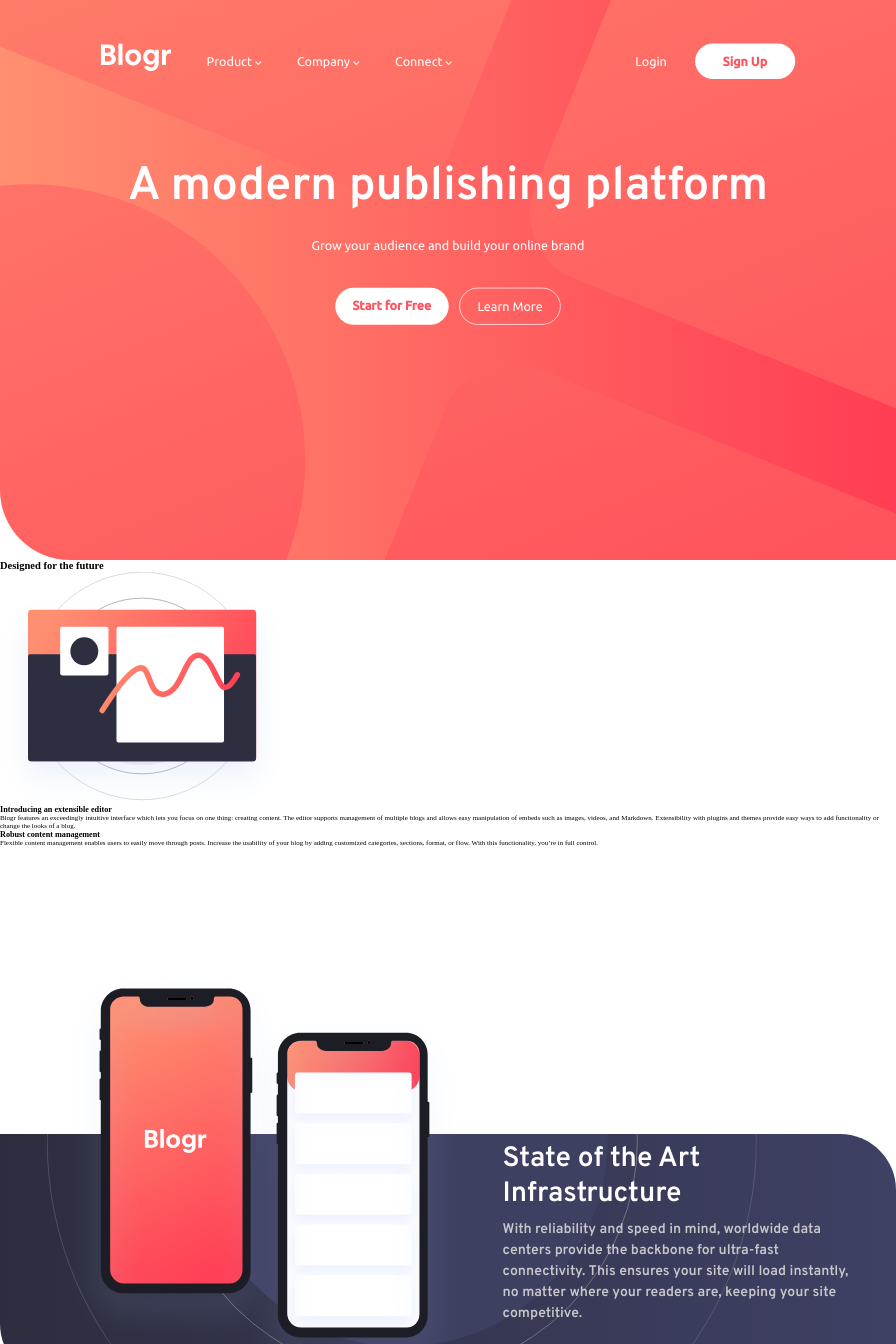
Repository: tomas938/tomaspage3
Page: index.html
These files come from the project's save history. The page is drawn as it stood at one moment and after a run of saves; the edit follows.
The browser window is 1280 px wide. The pictures show the part of the page from y = 0 to 1920 px (the page is 3367 px tall), at 70% of full size.
After loading, the first visible `li` was clicked once.
The style sheet was rebuilt from its Sass, Less or Tailwind sources for each picture, by a compiler version that may differ from the author's.

Above is the page before, as saved 2021-08-02 21:34:14.

### index.html
<!DOCTYPE html>
<html lang="en">
	<head>
		<meta charset="UTF-8" />
		<meta name="viewport" content="width=device-width, initial-scale=1.0" />
		<!-- displays site properly based on user's device -->

		<link
			rel="icon"
			type="image/png"
			sizes="32x32"
			href="./images/favicon-32x32.png"
		/>

		<title>Frontend Mentor | [Blogr]</title>

		<link rel="stylesheet" href="./scss/main.css" />
	</head>
	<body>
		<section class="intro">
			<header>
				<nav class="intro__navigation">
					<div class="intro__navigation__logo">
						<svg width="101" height="40" xmlns="http://www.w3.org/2000/svg">
							<path
								d="M0 30.803V1.486h10.653c1.982 0 3.695.31 5.14.93 1.446.619 2.56 1.5 3.345 2.642.785 1.142 1.177 2.484 1.177 4.026 0 1.404-.303 2.636-.909 3.695a6.48 6.48 0 01-2.56 2.498c1.487.578 2.643 1.494 3.469 2.746.826 1.253 1.239 2.732 1.239 4.439 0 1.707-.44 3.18-1.322 4.418-.88 1.239-2.12 2.202-3.716 2.89-1.596.688-3.482 1.033-5.657 1.033H0zM5.946 6.565v6.73h4.046c1.35 0 2.388-.282 3.118-.846.73-.564 1.094-1.397 1.094-2.498 0-1.101-.365-1.94-1.094-2.519-.73-.578-1.769-.867-3.118-.867H5.946zm0 19.159h4.624c1.542 0 2.732-.33 3.572-.991.84-.66 1.26-1.61 1.26-2.85 0-1.238-.42-2.188-1.26-2.848-.84-.66-2.03-.991-3.572-.991H5.946v7.68zm19.282 5.079V0h5.781v30.803h-5.78zm20.893.619c-1.624 0-3.124-.29-4.5-.867a10.94 10.94 0 01-3.593-2.416 10.96 10.96 0 01-2.374-3.654c-.564-1.404-.846-2.931-.846-4.583 0-1.652.289-3.173.867-4.563a11.354 11.354 0 012.415-3.654 10.96 10.96 0 013.634-2.436c1.39-.578 2.91-.867 4.562-.867 1.625 0 3.125.289 4.501.867a10.94 10.94 0 013.592 2.416 11.01 11.01 0 012.375 3.633c.564 1.39.846 2.911.846 4.563 0 1.651-.289 3.179-.867 4.583a11.297 11.297 0 01-2.416 3.675 10.96 10.96 0 01-3.633 2.436c-1.39.578-2.911.867-4.563.867zm.083-5.203c1.046 0 1.982-.275 2.808-.825.825-.551 1.48-1.301 1.96-2.25.483-.95.723-2.03.723-3.242 0-1.211-.24-2.292-.722-3.241-.482-.95-1.136-1.7-1.961-2.25-.826-.551-1.762-.826-2.808-.826-1.046 0-1.982.275-2.808.825-.826.55-1.48 1.301-1.961 2.25-.482.95-.723 2.03-.723 3.242 0 1.211.241 2.292.723 3.241.482.95 1.135 1.7 1.961 2.25.826.551 1.762.826 2.808.826zm24.155 3.964a9.13 9.13 0 01-3.86-.826 9.492 9.492 0 01-3.118-2.291c-.881-.977-1.57-2.12-2.065-3.427-.495-1.308-.743-2.719-.743-4.233 0-1.569.255-3.02.764-4.356a10.614 10.614 0 012.147-3.489 10.174 10.174 0 013.22-2.333c1.225-.564 2.554-.846 3.985-.846 1.404 0 2.67.282 3.799.846a7.402 7.402 0 012.807 2.457l.124-2.684h5.327v19.2c0 1.68-.269 3.207-.805 4.584-.537 1.376-1.301 2.56-2.292 3.55a10.231 10.231 0 01-3.53 2.292c-1.363.537-2.87.805-4.522.805-1.624 0-3.083-.254-4.376-.764a10.468 10.468 0 01-3.386-2.126 10.035 10.035 0 01-2.271-3.18L67.097 32a5.452 5.452 0 001.92 1.879c.784.454 1.672.681 2.663.681 1.074 0 2.003-.24 2.787-.723.785-.481 1.397-1.156 1.838-2.023.44-.867.66-1.879.66-3.035v-1.775a7.793 7.793 0 01-2.828 2.333c-1.143.564-2.402.846-3.778.846zm1.404-5.12c1.018 0 1.92-.254 2.704-.764a5.556 5.556 0 001.879-2.064c.468-.867.702-1.851.702-2.952 0-1.102-.234-2.086-.702-2.953a5.556 5.556 0 00-1.879-2.064c-.784-.51-1.686-.764-2.704-.764-1.019 0-1.92.255-2.705.764a5.556 5.556 0 00-1.879 2.064c-.468.867-.702 1.851-.702 2.953 0 1.1.234 2.085.702 2.952a5.556 5.556 0 001.88 2.064c.784.51 1.685.764 2.704.764zm15.607 5.74V9h5.327l.206 3.304c.55-1.157 1.294-2.044 2.23-2.664.936-.62 2.037-.929 3.303-.929.386 0 .77.035 1.156.103.386.07.73.159 1.033.269l-.62 5.698a4.361 4.361 0 00-.929-.227 7.495 7.495 0 00-.97-.062c-1.597 0-2.822.489-3.675 1.466-.853.977-1.28 2.36-1.28 4.15v10.694h-5.78z"
								fill="#FFF"
								fill-rule="nonzero"
							/>
						</svg>
						<ul>
							<li>
								<a href="#">Product</a>
								<svg
									id="mobileArrow"
									xmlns="http://www.w3.org/2000/svg"
									width="10"
									height="7"
								>
									<path
										fill="none"
										stroke="#FFF"
										stroke-width="2"
										opacity=".75"
										d="M1 1l4 4 4-4"
									/>
								</svg>
								<div class="dropdown__desktop" id="product">
									<a href="#">Overview</a>
									<a href="#">Marketplace</a>
									<a href="#">Features</a>
									<a href="#">Integrations</a>
									<a href="#">pricing</a>
								</div>
							</li>
							<li>
								<a href="#">Company</a>
								<svg
									id="mobileArrow"
									xmlns="http://www.w3.org/2000/svg"
									width="10"
									height="7"
								>
									<path
										fill="none"
										stroke="#FFF"
										stroke-width="2"
										opacity=".75"
										d="M1 1l4 4 4-4"
									/>
								</svg>
								<div class="dropdown__desktop" id="company">
									<a href="#">About</a>
									<a href="#">Team</a>
									<a href="#">Blog</a>
									<a href="#">Careers</a>
								</div>
							</li>
							<li>
								<a href="#">Connect</a>
								<svg
									id="mobileArrow"
									xmlns="http://www.w3.org/2000/svg"
									width="10"
									height="7"
								>
									<path
										fill="none"
										stroke="#FFF"
										stroke-width="2"
										opacity=".75"
										d="M1 1l4 4 4-4"
									/>
								</svg>
								<div class="dropdown__desktop" id="connect">
									<a href="#">Contact</a>
									<a href="#">Newsletter</a>
									<a href="#">LinkedIn</a>
								</div>
							</li>
						</ul>
					</div>
					<div class="intro__navigation__login">
						<div class="button button--1">Login</div>
						<div class="button button--2">Sign Up</div>
					</div>
					<div class="intro__navigation__mobile" id="mobileBtn">
						<span class="line1"></span>
						<span class="line2"></span>
						<span class="line3"></span>
					</div>

					<ul class="mobile__links">
						<li class="product arrowProduct">
							<a href="#">Product</a>
							<svg
								class="arrowProduct"
								id="mobileArrow"
								xmlns="http://www.w3.org/2000/svg"
								width="10"
								height="7"
							>
								<path
									fill="none"
									stroke="hsl(356, 100%, 66%)"
									stroke-width="2"
									opacity=".75"
									d="M1 1l4 4 4-4"
								/>
							</svg>
							<div class="dropdown">
								<a href="#">Overview</a>
								<a href="#">Marketplace</a>
								<a href="#">Features</a>
								<a href="#">Integrations</a>
								<a href="#">pricing</a>
							</div>
						</li>
						<li class="company arrowCompany">
							<a href="#">Company</a>
							<svg
								class="arrowCompany"
								id="mobileArrow"
								xmlns="http://www.w3.org/2000/svg"
								width="10"
								height="7"
							>
								<path
									fill="none"
									stroke="hsl(356, 100%, 66%)"
									stroke-width="2"
									opacity=".75"
									d="M1 1l4 4 4-4"
								/>
							</svg>
							<div class="dropdown">
								<a href="#">About</a>
								<a href="#">Team</a>
								<a href="#">Blog</a>
								<a href="#">Careers</a>
							</div>
						</li>
						<li class="connect arrowConnect">
							<a href="#">Connect</a>
							<svg
								class="arrowConnect"
								id="mobileArrow"
								xmlns="http://www.w3.org/2000/svg"
								width="10"
								height="7"
							>
								<path
									fill="none"
									stroke="hsl(356, 100%, 66%)"
									stroke-width="2"
									opacity=".75"
									d="M1 1l4 4 4-4"
								/>
							</svg>
							<div class="dropdown">
								<a href="#">Contact</a>
								<a href="#">Newsletter</a>
								<a href="#">LinkedIn</a>
							</div>
						</li>
						<div class="buttons">
							<div class="button button--1">Login</div>
							<div class="button button--2">Sign Up</div>
						</div>
					</ul>
				</nav>
			</header>
			<div class="intro__description">
				<h1>A modern publishing platform</h1>
				<p>Grow your audience and build your online brand</p>
				<div class="intro__description__buttons">
					<div class="button button--3">Start for Free</div>
					<div class="button button--4">Learn More</div>
				</div>
			</div>
		</section>
		<section class="about">
			<h2>Designed for the future</h2>
			<div class="about__container">
				<img src="/images/illustration-editor-mobile.svg" alt="" />
				<div class="about__container__items">
					<div class="content">
						<h3>Introducing an extensible editor</h3>
						<p>
							Blogr features an exceedingly intuitive interface which lets you
							focus on one thing: creating content. The editor supports
							management of multiple blogs and allows easy manipulation of
							embeds such as images, videos, and Markdown. Extensibility with
							plugins and themes provide easy ways to add functionality or
							change the looks of a blog.
						</p>
					</div>
					<div class="content">
						<h3>Robust content management</h3>
						<p>
							Flexible content management enables users to easily move through
							posts. Increase the usability of your blog by adding customized
							categories, sections, format, or flow. With this functionality,
							you’re in full control.
						</p>
					</div>
				</div>
			</div>
		</section>
		<section class="mobiles">
			<img src="/images/illustration-phones.svg" alt="" />
			<div class="mobiles__content">
				<h2>State of the Art Infrastructure</h2>
				<p>
					With reliability and speed in mind, worldwide data centers provide the
					backbone for ultra-fast connectivity. This ensures your site will load
					instantly, no matter where your readers are, keeping your site
					competitive.
				</p>
			</div>
		</section>
		<section class="desktop">
			<div class="desktop__container">
				<img src="/images/illustration-laptop-mobile.svg" alt="" />
				<div class="desktop__container__items">
					<div class="content">
						<h3>Free, open, simple</h3>
						<p>
							Blogr is a free and open source application backed by a large
							community of helpful developers. It supports features such as code
							syntax highlighting, RSS feeds, social media integration,
							third-party commenting tools, and works seamlessly with Google
							Analytics. The architecture is clean and is relatively easy to
							learn.
						</p>
					</div>
					<div class="content">
						<h3>Powerful tooling</h3>
						<p>
							Batteries included. We built a simple and straightforward CLI tool
							that makes customization and deployment a breeze, but capable of
							producing even the most complicated sites.
						</p>
					</div>
				</div>
			</div>
		</section>
		<footer>
			<div class="logo">
				<img src="/images/logo.svg" alt="" />
			</div>
			<div class="product">
				<h5>Product</h5>
				<a href="#">Overview</a>
				<a href="#">Pricing</a>
				<a href="#">Marketplace</a>
				<a href="#">Features</a>
				<a href="#">Integrations</a>
			</div>
			<div class="company">
				<h5>Company</h5>
				<a href="#">About</a>
				<a href="#">Team</a>
				<a href="#">Blog</a>
				<a href="#">Careers</a>
			</div>
			<div class="connect">
				<h5>Connect</h5>
				<a href="#">Connect</a>
				<a href="#">Newsletter</a>
				<a href="#">LinkedIn</a>
			</div>
		</footer>

		<script src="main.js"></script>
	</body>
</html>

### main.js
const mobileBtn = document.querySelector("#mobileBtn");
const mobileLinks = document.querySelector(".mobile__links");

const links = document.querySelectorAll("li");
const arrows = document.querySelectorAll("#mobileArrow");
const dropdown = document.querySelectorAll(".dropdown");
mobileBtn.addEventListener("click", () => {
	mobileLinks.classList.toggle("active");
});
// links.forEach((link) => {
// 	link.addEventListener("click", () => {
// 		links.forEach((link) => {
// 			link.classList.remove("activate");
// 		});
// 		link.classList.add("activate");
// 		// if (link.classList.contains("activate")) {
// 		// 	link.classList.remove("activate");
// 		// } else {
// 		// }
// 	});
// });
for (let i = 0; i < links.length; i++) {
	console.log(links[i]);
	links[i].addEventListener("click", () => {
		// this.links.classList.toggle("activate");
	});
}

### scss/main.scss
@import "../scss_partials/variables";
@import "../scss_partials/resets";
@import "../scss_partials/intro";
@import "../scss_partials/about";
@import "../scss_partials/mobiles";
@import "../scss_partials/desktop";
@import "../scss_partials/footer";

### scss_partials/_variables.scss
//Colors

/* PRIMARY */

$light-red: hsl(356, 100%, 66%);
$very-light-red: hsl(355, 100%, 74%);
$very-dark-blue: hsl(208, 49%, 24%);

/* NEUTRAL */

$white: hsl(0, 0%, 100%);
$grayish-blue: hsl(240, 2%, 79%); //Footer Text
$very-dark-grayish-blue: hsl(207, 13%, 34%);
$very-dark-black-blue: hsl(240, 10%, 16%); //Footer Background

/* GRADIENT */

$very-light-red-gradient: hsl(13, 100%, 72%); // Intro /CTA
$light-red-gradient: hsl(353, 100%, 62%); // Intro /CTA

$very-dark-gray-blue: hsl(237, 17%, 21%); // Background body gradient
$very-dark-desaturated-blue: hsl(237, 23%, 32%); // Background body gradient

//Fonts

@import url("https://fonts.googleapis.com/css2?family=Overpass:wght@300;600&display=swap");

$font-primary: "Overpass", sans-serif;
$font-weight-primary-light: 300;
$font-weight-primary-bold: 600;

@import url("https://fonts.googleapis.com/css2?family=Ubuntu:ital,wght@0,400;0,500;1,700&display=swap");

$font-secondary: "Ubuntu", sans-serif;

$font-weight-secondary-light: 400;
$font-weight-secondary-medium: 500;
$font-weight-secondary-bold: 700;

### scss_partials/_resets.scss
* {
	margin: 0;
	padding: 0;
	box-sizing: border-box;
}
html {
	font-size: 62.5%;
	@media only screen and (max-width: 1000px) {
		font-size: 52.5%;
	}
}
li {
	list-style: none;
}
a {
	text-decoration: none;
}

### scss_partials/_intro.scss
.intro {
	height: 80rem;
	background-image: url(../images/bg-pattern-intro.svg),
		linear-gradient(to right, $very-light-red-gradient, $light-red-gradient);
	background-position: center center;
	border-bottom-left-radius: 10rem;
	font-family: $font-secondary;
	font-weight: $font-weight-secondary-light;
	color: $white;
	font-size: 1.8rem;
	header {
		width: 100%;
	}
	&__navigation {
		width: 77.5%;
		@media only screen and (max-width: 900px) {
			width: 90%;
		}
		margin: auto;
		padding: 6.2rem 0;
		display: flex;
		justify-content: space-between;
		&__logo {
			display: flex;
		}
		ul {
			display: flex;
			align-items: center;
			@media only screen and (max-width: 900px) {
				display: none;
			}
		}
		li {
			margin-left: 5rem;
		}

		a {
			color: $white;
		}
		&__login {
			display: flex;
			align-items: center;
			@media only screen and (max-width: 900px) {
				display: none;
			}
		}
		&__mobile {
			display: flex;
			display: none;
			@media only screen and (max-width: 900px) {
				display: flex;
			}
			align-items: center;
			flex-direction: column;
			justify-content: center;
			span {
				width: 3.5rem;
				height: 0.4rem;
				background-color: $white;
				margin-top: 0.7rem;
			}
		}
		.mobile__links {
			opacity: 0;
			position: absolute;
			background-color: $white;
			padding: 5rem;
			height: auto;
			top: 15%;
			transition: all 0.5s ease-in-out;
			width: 90%;
			transform: translateX(-110%);
			font-family: $font-primary;
			font-weight: $font-weight-primary-bold;
			display: flex;
			flex-direction: column;
			margin: auto;
			box-shadow: 1px 3px 46px -10px #000000;
			svg {
				transform: scale(1);
				fill: $light-red;
				cursor: pointer;
			}

			li {
				margin-bottom: 4rem;
				margin-left: 0rem;
				position: relative;
				text-align: center;
			}

			a {
				color: $very-dark-black-blue;
				font-size: 2.2rem;
			}
			.buttons {
				width: 100%;
				border-top: 3px solid $grayish-blue;
			}
			.button--1 {
				width: 15rem;
				margin: auto;
				font-size: 2.2rem;
				color: $very-dark-black-blue;
			}
			.button--2 {
				text-align: center;
				width: 15rem;
				margin: auto;
				color: $white;
				background: linear-gradient(to right, $very-light-red, $light-red);
			}
		}
	}
	.active {
		opacity: 1;
		transition: all 0.7s ease-in-out;
		visibility: visible;
		transform: translateX(0%);
	}
	&__description {
		h1 {
			padding: 5rem 0 3rem 0;
			font-size: 6.7rem;
			text-align: center;
			font-family: $font-primary;
			font-weight: $font-weight-primary-bold;
			@media only screen and (max-width: 900px) {
				width: 90%;
				margin: auto;
			}
			@media only screen and (max-width: 800px) {
				font-size: 4.7rem;
			}
			@media only screen and (max-width: 565px) {
				font-size: 3.7rem;
			}
		}
		p {
			text-align: center;
			@media only screen and (max-width: 900px) {
				width: 90%;
				margin: auto;
			}
		}
		&__buttons {
			padding: 5rem 0;
			margin: auto;
			display: flex;
			justify-content: center;
		}
	}
}
.button {
	cursor: pointer;
	padding: 1.5rem 4rem;
	border-radius: 3rem;
}
.button--2 {
	background-color: $white;
	color: $light-red;
	font-family: $font-secondary;
	font-weight: $font-weight-secondary-bold;
	transition: all 0.3s ease-in-out;
}
.button--2:hover {
	background-color: hsla(0, 0%, 100%, 0.267);
	color: $white;
}
.button--3 {
	background-color: $white;
	color: $light-red;
	font-family: $font-secondary;
	font-weight: $font-weight-secondary-bold;
	transition: all 0.3s ease-in-out;
	padding: 1.5rem 2.5rem;
	@media only screen and (max-width: 300px) {
		padding: 1.5rem 1rem;
	}
}
.button--3:hover {
	background-color: hsla(0, 0%, 100%, 0.267);
	color: $white;
}
.button--4 {
	margin-left: 1.5rem;
	border: 1px solid $white;
	padding: 1.5rem 2.5rem;
	@media only screen and (max-width: 300px) {
		padding: 1.5rem 1rem;
	}
}
.flip {
	transform: rotate(180deg) !important;
}
.activate {
	svg {
		transform: rotate(180deg) !important;
	}
	.dropdown {
		display: flex;
	}
	.dropdown__desktop {
		display: flex;
	}
}
.dropdown {
	display: none;
	border-radius: 5px;
	margin-top: 4rem;
	padding: 0 10rem;
	background-color: $grayish-blue;
	flex-direction: column;

	a {
		padding: 2rem;
		margin-bottom: 1rem;
	}
}
.active {
	display: flex;
}
svg {
	cursor: pointer;
}
.dropdown__desktop {
	border-radius: 5px;
	position: absolute;
	margin-top: 4rem;
	padding: 0 4rem;
	background-color: $white;
	display: none;
	flex-direction: column;
	text-align: left;
	a {
		color: $very-dark-gray-blue;
		padding: 2rem 0;
		margin-bottom: 1rem;
	}
}

### scss_partials/about.scss
.about {
	height: 100vh;
}

### scss_partials/_mobiles.scss
.mobiles {
	margin-top: 10rem;
	background-image: url(../images/bg-pattern-circles.svg),
		linear-gradient(to right, $very-dark-gray-blue, $very-dark-desaturated-blue);

	background-repeat: no-repeat;
	background-position: 25% 75%;
	border-bottom-left-radius: 8rem;
	border-top-right-radius: 8rem;
	font-family: $font-primary;
	display: flex;
	align-items: flex-end;
	justify-content: flex-end;
	position: relative;
	color: $white;
	height: 35.1rem;
	@media only screen and (max-width: 900px) {
		height: 55.1rem;
	}
	img {
		position: absolute;
		left: 8%;
		@media only screen and (max-width: 1150px) {
			left: 1%;
		}
		@media only screen and (max-width: 1000px) {
			transform: scale(0.75);
			top: -42%;
			left: -5%;
		}
		@media only screen and (max-width: 900px) {
			transform: scale(0.75);
			left: 50%;
			top: -36%;
			transform: translateX(-50%);
			height: 90%;
		}
		@media only screen and (max-width: 570px) {
			height: 80%;

			top: -35%;
		}
		@media only screen and (max-width: 400px) {
			height: 60%;
			top: -29%;
		}
	}
	&__content {
		margin-right: 17rem;
		padding: 10rem 0;
		width: 40%;
		@media only screen and (max-width: 1350px) {
			margin-right: 5rem;
			padding: 8rem 0;
		}

		@media only screen and (max-width: 900px) {
			margin-right: 2rem;
			width: 50%;
			width: 80%;
			margin: 0 auto;
			text-align: center;
		}
		@media only screen and (max-width: 570px) {
			padding: 4rem 0;
		}

		h2 {
			font-size: 4rem;
			font-weight: $font-weight-primary-bold;
		}
		p {
			margin-top: 1rem;
			font-size: 2rem;
			line-height: 3rem;
			font-weight: $font-weight-primary-bold;
			color: $grayish-blue;
		}
	}
}

### scss_partials/_desktop.scss
.desktop {
	padding: 20rem 0;
	font-family: $font-primary;
	background-image: url(../images/illustration-laptop-desktop.svg);
	background-repeat: no-repeat;
	background-position: bottom 10rem left -28rem;
	@media only screen and (max-width: 1250px) {
		background-position: bottom 10rem left -38rem;
	}
	@media only screen and (max-width: 1100px) {
		background-position: bottom 10rem left -50rem;
	}
	@media only screen and (max-width: 1000px) {
		background-position: bottom 6rem left -55rem;
	}
	@media only screen and (max-width: 900px) {
		padding: 0rem 0;
		background-image: url("");
	}
	h2 {
		text-align: center;
		font-size: 4rem;
		color: $very-dark-blue;
		padding: 17rem 0 10rem 0;
	}
	&__container {
		display: flex;
		justify-content: flex-end;
		@media only screen and (max-width: 900px) {
			display: flex;
			flex-direction: column;
		}
		img {
			display: none;
			@media only screen and (max-width: 900px) {
				display: block;
				margin: 5rem auto;
				display: flex;
				flex-direction: column;
			}
			@media only screen and (max-width: 550px) {
				width: 100%;
				height: 100%;
			}
		}
		&__items {
			width: 50%;
			@media only screen and (max-width: 900px) {
				width: 80%;
				margin: auto;
				text-align: center;
			}
		}
		.content {
			margin-right: 17rem;
			@media only screen and (max-width: 1350px) {
				margin-right: 5rem;
			}
			@media only screen and (max-width: 900px) {
				margin-right: 0rem;
			}
		}
		h3 {
			font-size: 3rem;
			color: $very-dark-blue;
		}
		p {
			color: $very-dark-grayish-blue;
			line-height: 3rem;
			padding: 4rem 0 8rem;
			font-size: 2rem;
		}
	}
}

### scss_partials/_footer.scss
footer {
	padding: 10rem 15rem;
	background-color: $very-dark-black-blue;
	color: $grayish-blue;
	border-top-right-radius: 15rem;
	display: flex;
	flex-direction: column;
	align-items: center;
	font-family: $font-primary;
	@media only screen and (max-width: 800px) {
		padding: 10rem 0rem;
	}
	@media only screen and (min-width: 500px) {
		flex-direction: row;
		align-items: flex-start;
		justify-content: space-around;
	}
	.product {
		display: flex;
		flex-direction: column;
		align-items: flex-start;
		padding: 2rem;
		@media only screen and (min-width: 500px) {
			padding: 0rem;
			justify-items: flex-start;
		}
	}
	.company {
		display: flex;
		flex-direction: column;
		align-items: flex-start;
		padding: 2rem;
		@media only screen and (min-width: 500px) {
			padding: 0rem;
			justify-items: flex-start;
		}
	}
	.connect {
		display: flex;
		flex-direction: column;
		align-items: flex-start;
		padding: 2rem;
		@media only screen and (min-width: 500px) {
			padding: 0rem;
			justify-items: flex-start;
		}
	}
	a {
		color: $grayish-blue;
		font-size: 2rem;
		margin-bottom: 1rem;
		position: relative;
	}
	a::before {
		content: "";
		position: absolute;
		top: 23px;
		width: 50%;
		left: 20%;
		height: 0.3rem;
		background-color: $grayish-blue;
		opacity: 0;
		transition: all 0.3s ease-in-out;
	}
	a:hover::before {
		opacity: 1;
		left: 0;
		width: 100%;
		transition: all 0.3s ease-in-out;
	}
	h5 {
		font-size: 2.5rem;
		padding: 3rem;
		padding-left: 0;
		color: $white;
		@media only screen and (min-width: 500px) {
			padding-top: 0rem;
		}
	}
}

After the next 2 saves:
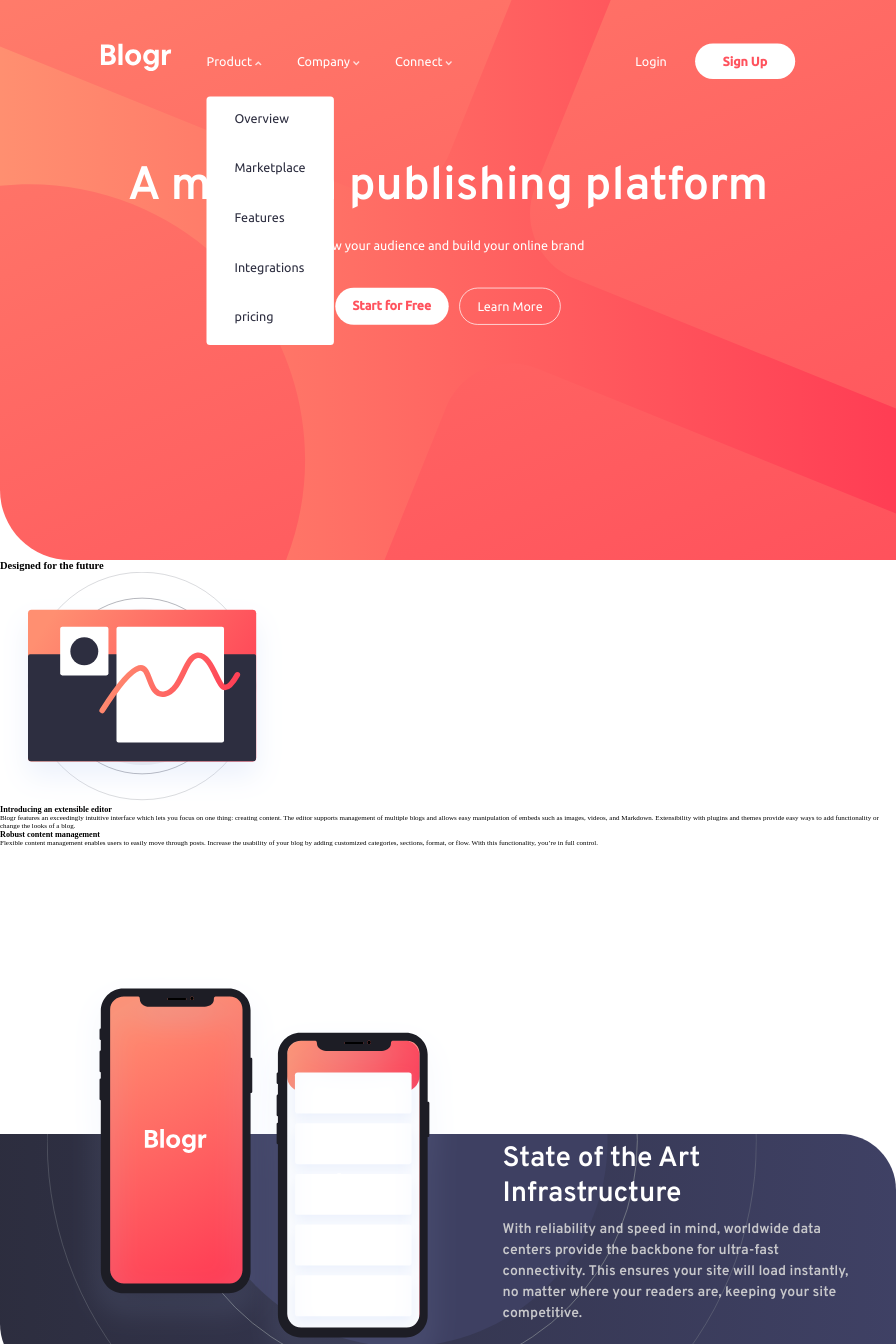
The 2 saves are shown as one change because they came seconds apart.
The last was saved 24 s later.
--- a/main.js
+++ b/main.js
@@ -20,8 +20,7 @@ mobileBtn.addEventListener("click", () => {
 // 	});
 // });
 for (let i = 0; i < links.length; i++) {
-	console.log(links[i]);
 	links[i].addEventListener("click", () => {
-		// this.links.classList.toggle("activate");
+		links[i].classList.toggle("activate");
 	});
 }
